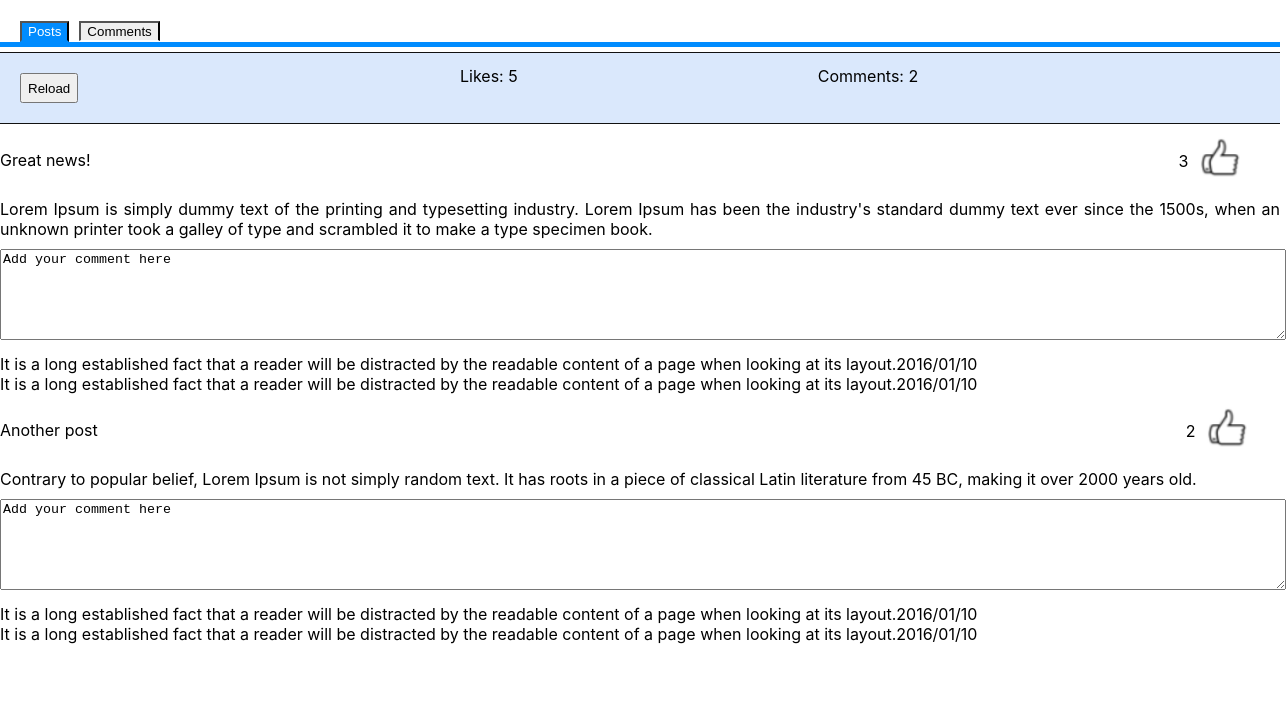
Repository: milosKomiRajkovic94/cleverbit-project
Page: /
These files come from the project's save history. The page is drawn as it stood at one moment and after the next save; the edit follows.
The browser window is 1280 px wide. The page is 1286 px wide, so the pictures cover 1286 px, including what lies to the right of the window. The pictures show the whole page.
The project was rebuilt for these pictures with package versions that can differ from the ones it lists, and the page was loaded fresh each time. Also part of the build but not shown: src/utils/Loader.js.

Above is the page before, as saved 2020-10-13 20:46:39.

### src/index.js
import React from 'react';

import ReactDOM from 'react-dom';

import App from './App';

import * as serviceWorker from './serviceWorker';

import configureStore from "./store";

import { Provider } from "react-redux";

import { HashRouter as Router } from "react-router-dom";

import "./scss/index.scss";

const store = configureStore();

ReactDOM.render(
  <React.StrictMode>
    <Provider store={store} >
      <Router>
        <App />
      </Router>
    </Provider>
  </React.StrictMode>,
  document.getElementById('root')
);

// If you want your app to work offline and load faster, you can change
// unregister() to register() below. Note this comes with some pitfalls.
// Learn more about service workers: https://bit.ly/CRA-PWA
serviceWorker.unregister();

### src/App.js
import React, {useEffect, useState, lazy, Suspense} from 'react';

import { connect } from "react-redux";

import { bindActionCreators } from "redux";

import { loadCurrentPosts } from "./actions/postActions";

import {
  useHistory,
  Route,
  Switch,
  withRouter,
} from "react-router-dom";

import Header from "./components/HeaderComponents/Header";

import PostsContainer from "./components/PostsComponents/PostsContainer";

import { POSTS, COMMENTS, HOME } from "./constants/urls";

import Loader from "./utils/Loader";

const App = ({ currentPosts, currentPostsAreLoading, currentPostsFailedLoading, loadCurrentPostsAction }) => {

  const [initialLoadingDone, setInitialLoadingDone] = useState(false);
  const history = useHistory();

  useEffect(() => {
    if(!initialLoadingDone){
      loadCurrentPostsAction(true);
      setInitialLoadingDone(true);
    }
  }, [initialLoadingDone, loadCurrentPostsAction])

  function changeLocation(locationToGo) {
    history.push(locationToGo);
  }

  function waitingComponent(Component) {
    return (props) => (
      <Suspense
        fallback={<Loader classNameOfWrapper="centered" text={"Loading"} />}
      >
        <Component {...props} />
      </Suspense>
    );
  }

  return (
    <div className="App">
       <Header
        changeLocation={changeLocation}
       />
       <Switch>
        <Route exact path={HOME} component={PostsContainer} />
        <Route
          exact
          path={POSTS}
          component={waitingComponent(
            lazy(() =>
              import("./components/PostsComponents/PostsContainer")
            )
          )}
        />
        <Route
          exact
          path={COMMENTS}
          component={waitingComponent(
            lazy(() =>
              import("./components/CommentsComponents/CommentsContainer")
            )
          )}
        />
      </Switch>
    </div>
  );
}

const mapStateToProps = (state) => {
  return {
    currentPosts: state.postReducer.currentPosts,
    currentPostsAreLoading: state.postReducer.currentPostsAreLoading,
    currentPostsFailedLoading: state.postReducer.currentPostsFailedLoading,
  }
}

const mapDispatchToProps = (dispatch) => {
  return{
    loadCurrentPostsAction: bindActionCreators(loadCurrentPosts, dispatch)
  }
}

export default withRouter(connect(mapStateToProps, mapDispatchToProps) (App));

### src/store.js
import { createStore, applyMiddleware } from "redux";

import thunk from "redux-thunk";

import rootReducer from "./reducers";

export default function configureStore(){
    return createStore(
        rootReducer,
        applyMiddleware(thunk)
    )
}

### src/scss/index.scss
@import 'app';

@import 'header';

@import 'posts';

### src/actions/postActions.js
import { CURRENT_POSTS_LOADED_SUCCESSFULLY, CURRENT_POSTS_ARE_LOADING, CURRENT_POSTS_FAILED_LOADING, CURRENT_POSTS_LOADED_SUCCESSFULLY_AFTER_INITIAL_LOAD } from "./actionTypes";

import  fakeData from "../constants/fakeData";

export function currentPostsAreLoadingAction(currentPostsAreLoading){
    return{
        type: CURRENT_POSTS_ARE_LOADING,
        currentPostsAreLoading
    }
}

export function currentPostsFailedLoadingAction(currentPostsFailedLoading){
    return{
        type: CURRENT_POSTS_FAILED_LOADING,
        currentPostsFailedLoading
    }
}

export function currentPostsLoadedSuccessfullyAction(currentPosts){
    return{
        type: CURRENT_POSTS_LOADED_SUCCESSFULLY,
        currentPosts
    }
}

/* This is just an action for remaining the current state in order not to have restarted data, but instead updated current data after click on RELOAD BUTTON.
    Delete this action after implementation of API endpoint and use just currentPostsLoadedSuccessfullyAction in order to send current data from the endpoint.
*/
export function currentPostsLoadedSuccessfullyAfterInitialLoad(){
    return{
        type: CURRENT_POSTS_LOADED_SUCCESSFULLY_AFTER_INITIAL_LOAD,
    }
}


export function loadCurrentPosts(initialLoad){
    return(dispatch) => {
        dispatch(currentPostsAreLoadingAction(true));
        /* I will pass direct fake JSON data here and you can implement your actual API end point request here.
        setTimeout will be used as imitation that it takes some time for the request to reach endpoint. */
        setTimeout(function(){
            if(initialLoad){
                dispatch(currentPostsLoadedSuccessfullyAction(fakeData));
            }else {
                dispatch(currentPostsLoadedSuccessfullyAfterInitialLoad());
            }
        }, 1500)

    }
}

### src/components/HeaderComponents/Header.js
import React from "react";

import {
    POSTS,
    COMMENTS,
    HOME
} from "../../constants/urls";

import {
    withRouter,
    useLocation,
  } from "react-router-dom";

const Header = ({ changeLocation }) => {
    const location = useLocation();

    return(
        <div className="header">
            <button className={location.pathname === POSTS || location.pathname === HOME ? "selectedHeaderButton" : "ordinaryButton"} onClick={() => changeLocation(POSTS)}>
                Posts
            </button>
            <button className={location.pathname === COMMENTS ? "rightButton selectedHeaderButton" : "rightButton ordinaryButton"} onClick={() => changeLocation(COMMENTS)}>
                Comments
            </button>
        </div>
    )
}

export default withRouter(Header);

### src/components/PostsComponents/PostsContainer.js
import React from "react";

import { connect } from "react-redux";

import Post from "./Post";

const PostsContainer = ({
    currentNumberOfLikes,
    currentNumberOfComments,
    currentPosts
}) => {
    return(
        <div>
            <div className="postsHeader">
                <button className="reloadButton">
                    Reload
                </button>
                <div className="likesAndCommentsNumber">
                    <span className="likesNumber">
                        Likes: {currentNumberOfLikes}
                    </span>
                    <span className="commentsNumber">
                        Comments: {currentNumberOfComments}
                    </span>
                </div>
            </div>
            <div className="postsContainer">
                {currentPosts.map((singlePost) => {
                    return(
                        <Post
                            key={"singlePost" + singlePost.id}
                            title={singlePost.title}
                            comments={singlePost.comments}
                            description={singlePost.description}
                            numberOfLikes={singlePost.numberOfLikes}
                        />
                    )
                })}
            </div>
        </div>
    )
}

const mapStateToProps = (state) => {
    return{
        currentNumberOfLikes: state.postReducer.currentNumberOfLikes,
        currentNumberOfComments: state.postReducer.currentNumberOfComments,
        currentPosts: state.postReducer.currentPosts,
    }
}

export default connect(mapStateToProps) (PostsContainer);

### src/constants/urls.js
export const POSTS = "/posts";
export const COMMENTS = "/comments";
export const HOME = "/";

### src/reducers/index.js
import { combineReducers } from "redux";

import { postReducer } from "./postsReducer";

export default combineReducers({
    postReducer
});

### src/scss/app.scss
body {
  margin: 0;
  font-family: -apple-system, BlinkMacSystemFont, 'Segoe UI', 'Roboto', 'Oxygen',
    'Ubuntu', 'Cantarell', 'Fira Sans', 'Droid Sans', 'Helvetica Neue',
    sans-serif;
  -webkit-font-smoothing: antialiased;
  -moz-osx-font-smoothing: grayscale;
}

code {
  font-family: source-code-pro, Menlo, Monaco, Consolas, 'Courier New',
    monospace;
}

.centered {
  position: fixed;
  top: 50%;
  left: 50%;
}

### src/scss/header.scss
.header {
  padding: 20px;
  border-bottom: 5px solid #008cff;
  padding-bottom: 0px;
}

.selectedHeaderButton,
.selectedHeaderButton:focus,
.selectedHeaderButton:active {
  background: #008cff;
  color: #fff;
  border-bottom: 2px solid #008cff;
  outline: none;
}

.ordinaryButton {
  border-bottom: 1px solid #fff;
}

.rightButton {
  margin-left: 10px;
}

### src/scss/posts.scss
.postsHeader {
  display: inline-flex;
  width: 100%;
  height: 70px;
  margin-top: 5px;
  border-top: 1px solid #111;
  border-bottom: 1px solid #111;
  background-color: #dae8fc;
}

.likesAndCommentsNumber span {
  padding: 150px;
}

.likesAndCommentsNumber {
  width: 100%;
  text-align: center;
  padding-top: 1%;
}

.reloadButton {
  margin: 20px;
}

.postHeader {
  display: inline-flex;
  width: 100%;
  height: 75px;
}

.postLikes {
  display: inline-flex;
  padding-left: 85%;
}

.concreteNumberOfLikes {
  padding-top: 35%;
}

.postTitle {
  padding-top: 2%;
}

.postDescription {
  text-align: justify;
}

.postCommentSection textarea {
  width: 100%;
  height: 85px;
  margin-top: 10px;
  margin-bottom: 10px;
}

### src/actions/actionTypes.js
export const CURRENT_POSTS_LOADED_SUCCESSFULLY = "CURRENT_POSTS_LOADED_SUCCESSFULLY";
export const CURRENT_POSTS_LOADED_SUCCESSFULLY_AFTER_INITIAL_LOAD = "CURRENT_POSTS_LOADED_SUCCESSFULLY_AFTER_INITIAL_LOAD";
export const CURRENT_POSTS_ARE_LOADING = "CURRENT_POSTS_ARE_LOADING";
export const CURRENT_POSTS_FAILED_LOADING = "CURRENT_POSTS_FAILED_LOADING";

### src/constants/fakeData.js
export default [
    {
        id: 1,
        title: "Great news!",
        description: "Lorem Ipsum is simply dummy text of the printing and typesetting industry. Lorem Ipsum has been the industry's standard dummy text ever since the 1500s, when an unknown printer took a galley of type and scrambled it to make a type specimen book.",
        comments: [
            {
                id: 1,
                text: "It is a long established fact that a reader will be distracted by the readable content of a page when looking at its layout.",
                date: "2016/01/10"
            },
            {
                id: 2,
                text: "It is a long established fact that a reader will be distracted by the readable content of a page when looking at its layout.",
                date: "2016/01/10"
            }
        ],
        numberOfLikes: 3
    },
    {
        id: 2,
        title: "Another post",
        description: "Contrary to popular belief, Lorem Ipsum is not simply random text. It has roots in a piece of classical Latin literature from 45 BC, making it over 2000 years old.",
        comments: [
            {
                id: 3,
                text: "It is a long established fact that a reader will be distracted by the readable content of a page when looking at its layout.",
                date: "2016/01/10"
            },
            {
                id: 2,
                text: "It is a long established fact that a reader will be distracted by the readable content of a page when looking at its layout.",
                date: "2016/01/10"
            }
        ],
        numberOfLikes: 2
    }
]

### src/components/PostsComponents/Post.js
import React from "react";

const Post = ({ title, description, comments, numberOfLikes }) => {
    return(
        <div className="singlePost">
            <div className="postHeader">
                <div className="postTitle">
                    {title}
                </div>
                <div className="postLikes">
                    <span className="concreteNumberOfLikes">
                        {numberOfLikes}
                    </span>
                    <img className="likeImage" src={require("./images/likeButtonImage.png")} alt="likeImage" />
                </div>
            </div>
            <div className="postDescription">
                {description}
            </div>
            <div className="postCommentSection">
                <textarea name="newComment" defaultValue={"Add your comment here"} />
            </div>
            {comments.map((comment) => {
                return(
                    <div key={"singleComment" + comment.id} className="singleComment">
                        <span className="singleCommentText">
                            {comment.text}
                        </span>
                        <span className="singleCommentDate">
                            {comment.date}
                        </span>
                    </div>
                )
            })}
        </div>
    )
}

export default Post;

### src/reducers/postsReducer.js
import { CURRENT_POSTS_LOADED_SUCCESSFULLY, CURRENT_POSTS_ARE_LOADING, CURRENT_POSTS_FAILED_LOADING, CURRENT_POSTS_LOADED_SUCCESSFULLY_AFTER_INITIAL_LOAD } from "../actions/actionTypes";

import initialState from "../initialState";


export function postReducer(
    state = initialState.postsReducerState,
    action
) {
    switch(action.type){
        case CURRENT_POSTS_LOADED_SUCCESSFULLY: {
            return{
                ...state,
                currentPosts: action.currentPosts,
                currentPostsAreLoading: false,
                currentPostsFailedLoading: false,
            };
        }

        //When using the real API endpoint just remove this case
        case CURRENT_POSTS_LOADED_SUCCESSFULLY_AFTER_INITIAL_LOAD: {
            return{
                ...state,
                currentPosts: state.currentPosts,
                currentPostsAreLoading: false,
                currentPostsFailedLoading: false,
            };
        }

        case CURRENT_POSTS_ARE_LOADING: {
            return{
                ...state,
                //When using the real API endpoint just replace this with empty array []
                currentPosts: state.currentPosts,
                currentPostsAreLoading: action.currentPostsAreLoading,
                currentPostsFailedLoading: false,
            };
        }

        case CURRENT_POSTS_FAILED_LOADING: {
            return {
                ...state,
                //When using the real API endpoint just replace this with empty array []
                currentPosts: state.currentPosts,
                currentPostsAreLoading: false,
                currentPostsFailedLoading: action.currentPostsFailedLoading,
            }
        }

        default: {
            return state;
        }
    }
}

### src/initialState.js
export default {
    postsReducerState: {
        currentPosts: [],
        currentNumberOfLikes: 5,
        currentNumberOfComments: 2,
        currentPostsAreLoading: false,
        currentPostsFailedLoading: false,
    }
}

Loaded but not shown: public/index.html (common file); src/serviceWorker.js (common file)

After the next save:
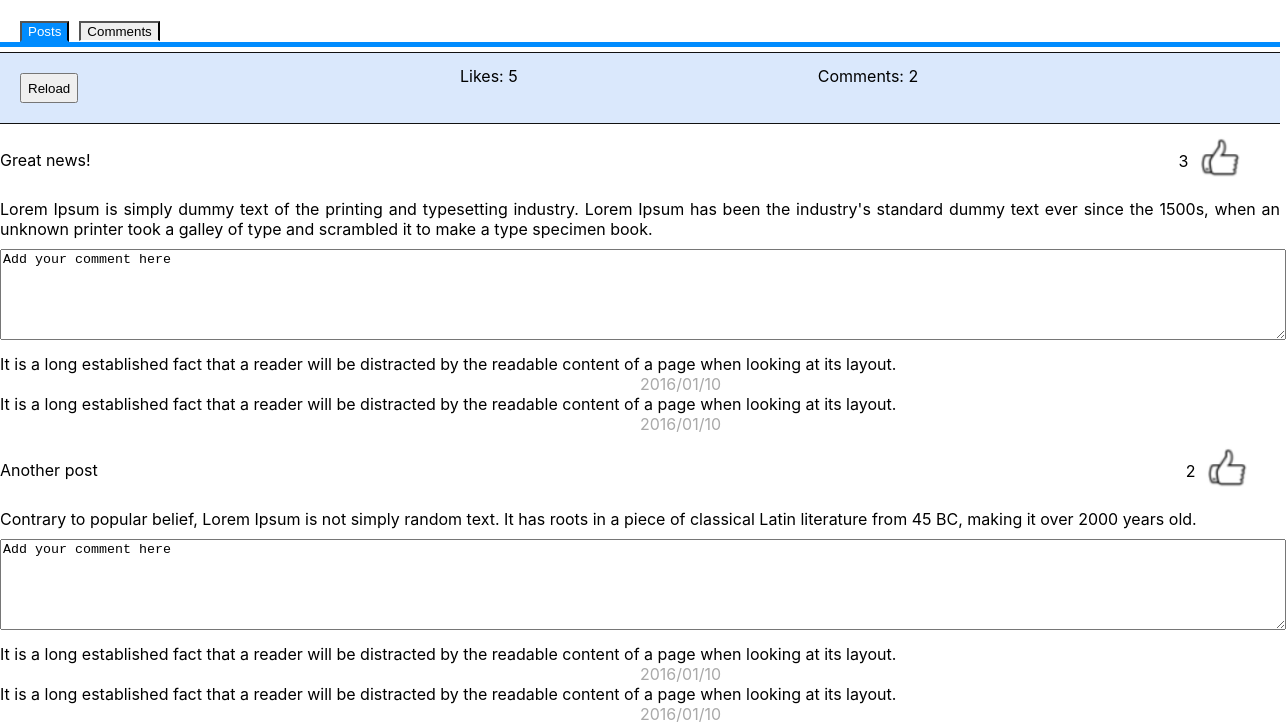
Saved 3 min 21 s later.
--- a/src/scss/posts.scss
+++ b/src/scss/posts.scss
@@ -51,3 +51,14 @@
   margin-top: 10px;
   margin-bottom: 10px;
 }
+
+.singleCommentText {
+  display: block;
+  width: 100%;
+}
+
+.singleCommentDate {
+  width: 100%;
+  padding-left: 50%;
+  color: darkgrey;
+}
